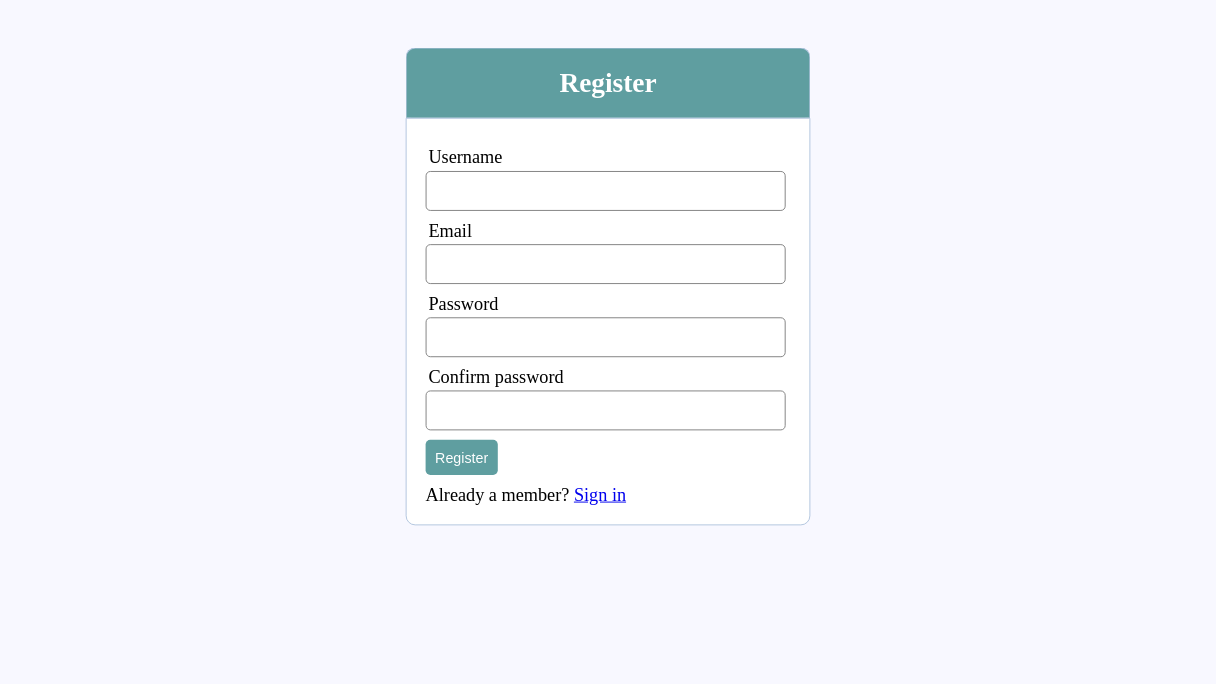
Repository: MrSyntax31/myPage
Page: http://localhost/register.php
The author's editor kept a copy of each file at every save. The page is drawn from the files as they stood at one save, then again after the next save.
The browser window is 1280 px wide. The pictures show the whole page, at 95% of full size.
The page is run by PHP 8.4 with error messages shown; the project is at /var/www/html/.

Above is the page before, as saved 2022-03-03 12:22:48.

After the next save:
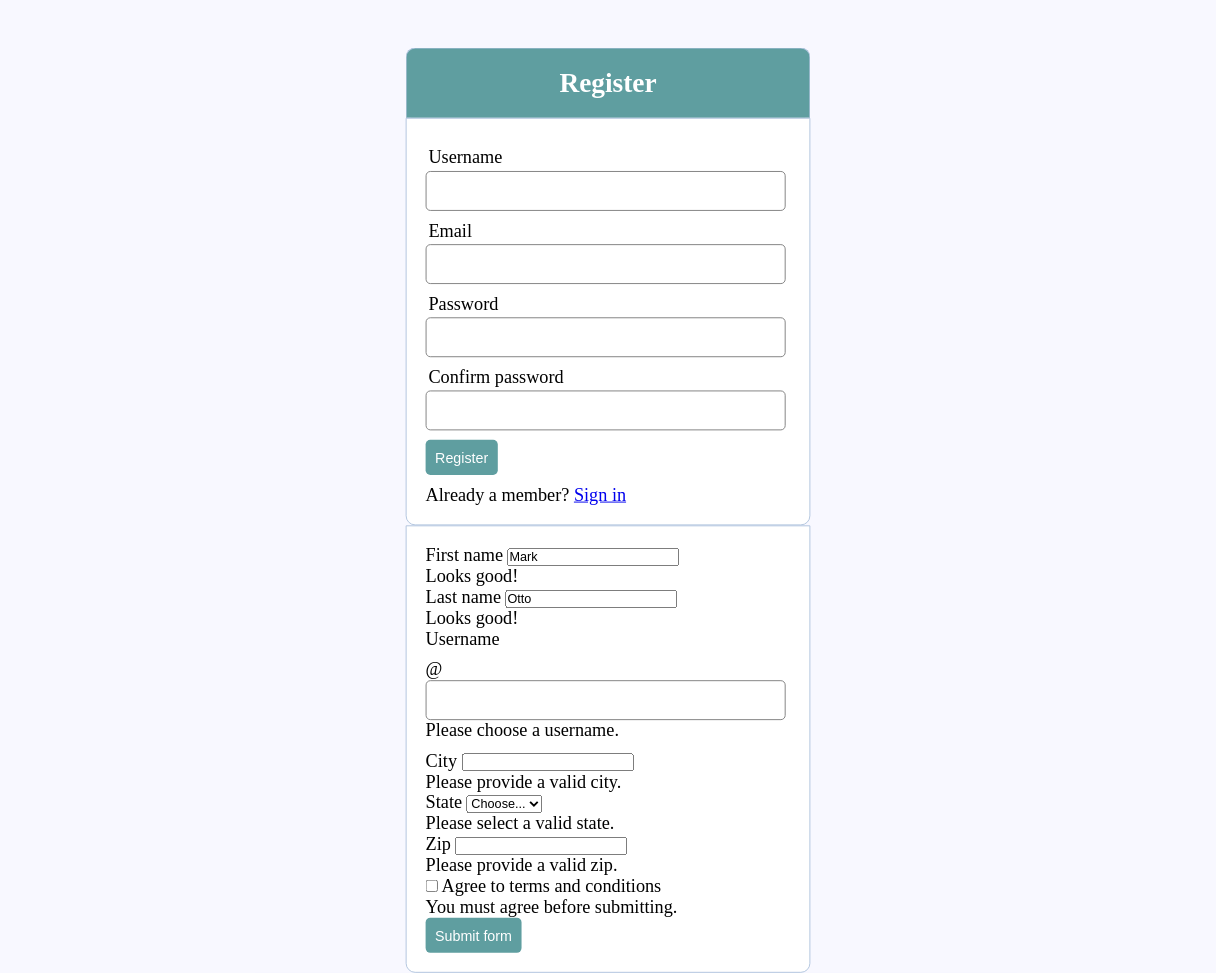
Saved 89 s later.
--- a/register.php
+++ b/register.php
@@ -35,5 +35,70 @@
   		Already a member? <a href="login.php">Sign in</a>
   	</p>
   </form>
+
+  <form class="row g-3 needs-validation" novalidate>
+  <div class="col-md-4">
+    <label for="validationCustom01" class="form-label">First name</label>
+    <input type="text" class="form-control" id="validationCustom01" value="Mark" required>
+    <div class="valid-feedback">
+      Looks good!
+    </div>
+  </div>
+  <div class="col-md-4">
+    <label for="validationCustom02" class="form-label">Last name</label>
+    <input type="text" class="form-control" id="validationCustom02" value="Otto" required>
+    <div class="valid-feedback">
+      Looks good!
+    </div>
+  </div>
+  <div class="col-md-4">
+    <label for="validationCustomUsername" class="form-label">Username</label>
+    <div class="input-group has-validation">
+      <span class="input-group-text" id="inputGroupPrepend">@</span>
+      <input type="text" class="form-control" id="validationCustomUsername" aria-describedby="inputGroupPrepend" required>
+      <div class="invalid-feedback">
+        Please choose a username.
+      </div>
+    </div>
+  </div>
+  <div class="col-md-6">
+    <label for="validationCustom03" class="form-label">City</label>
+    <input type="text" class="form-control" id="validationCustom03" required>
+    <div class="invalid-feedback">
+      Please provide a valid city.
+    </div>
+  </div>
+  <div class="col-md-3">
+    <label for="validationCustom04" class="form-label">State</label>
+    <select class="form-select" id="validationCustom04" required>
+      <option selected disabled value="">Choose...</option>
+      <option>...</option>
+    </select>
+    <div class="invalid-feedback">
+      Please select a valid state.
+    </div>
+  </div>
+  <div class="col-md-3">
+    <label for="validationCustom05" class="form-label">Zip</label>
+    <input type="text" class="form-control" id="validationCustom05" required>
+    <div class="invalid-feedback">
+      Please provide a valid zip.
+    </div>
+  </div>
+  <div class="col-12">
+    <div class="form-check">
+      <input class="form-check-input" type="checkbox" value="" id="invalidCheck" required>
+      <label class="form-check-label" for="invalidCheck">
+        Agree to terms and conditions
+      </label>
+      <div class="invalid-feedback">
+        You must agree before submitting.
+      </div>
+    </div>
+  </div>
+  <div class="col-12">
+    <button class="btn btn-primary" type="submit">Submit form</button>
+  </div>
+</form>
 </body>
 </html>
